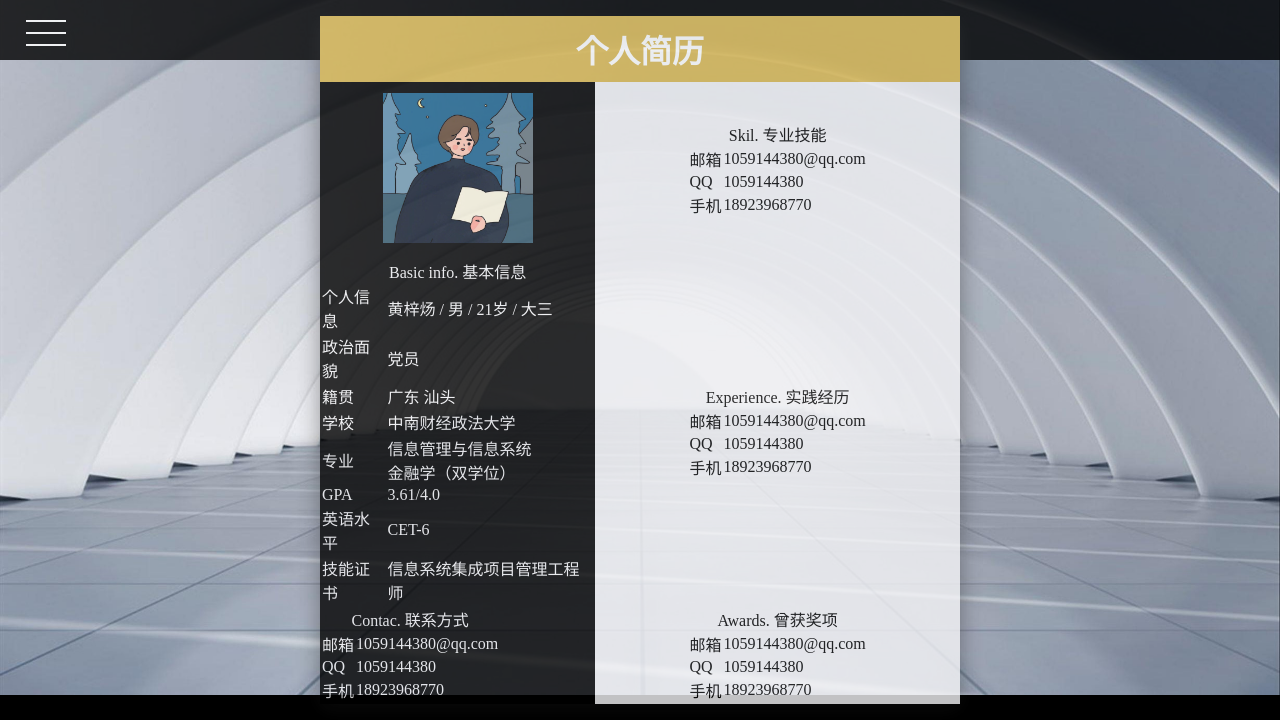
Repository: ustc-hzy/ziYang
Page: resume.html
An editor plug-in stored every save of this project. The page is shown before and after the next save, followed by the edit.
The browser window is 1280 px wide. The pictures show the whole page.

Above is the page before, as saved 2020-06-18 16:55:47.

After the next save:
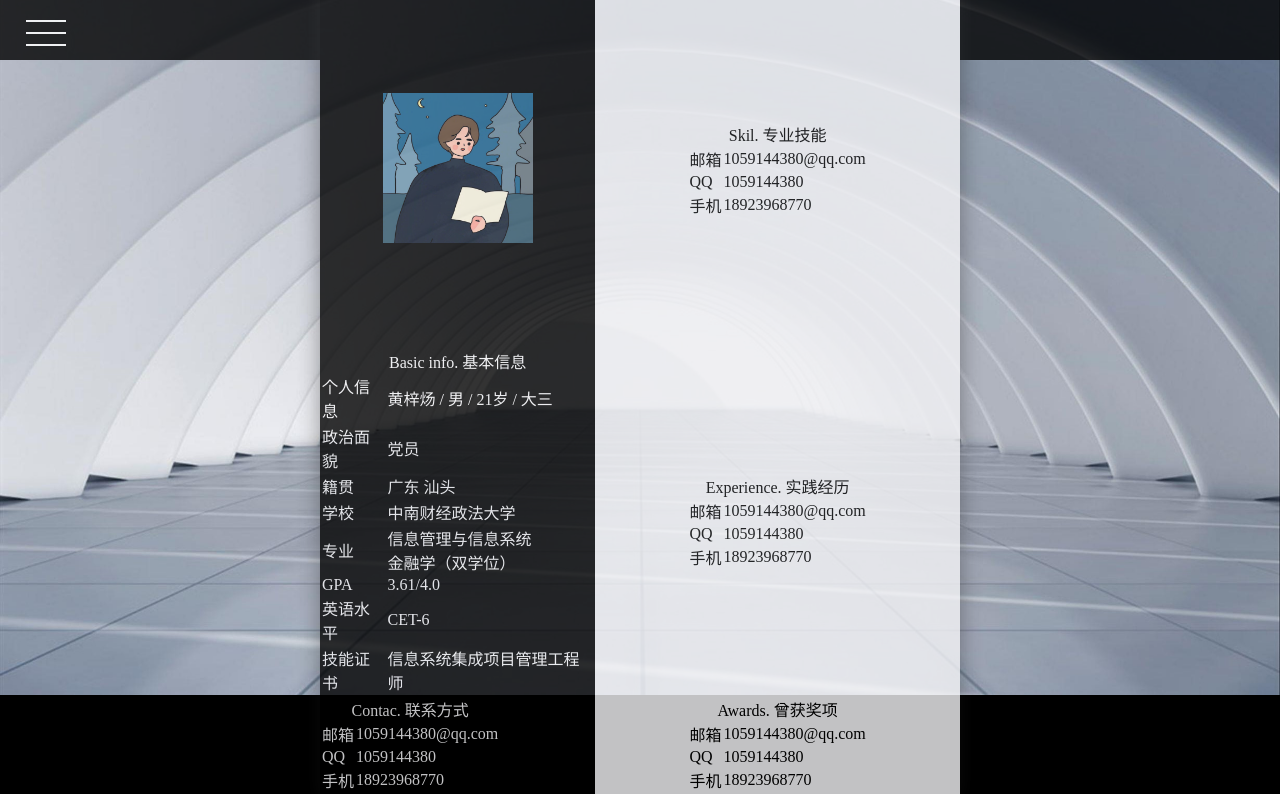
Saved 5 s later.
--- a/css/resume.css
+++ b/css/resume.css
@@ -26,5 +26,5 @@ table{
     background-color: #f3f3f5;
 }
 img{
-    margin: 10px 10px;
+    margin: 100px 10px;
 }
